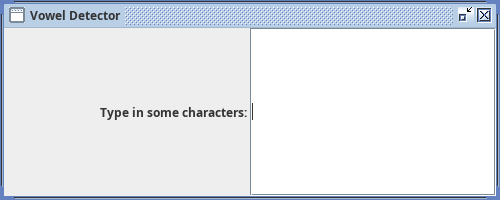
Repository: armandodollia/Java101
Program's window: java Lab5/src/isVowel.java
An editor plug-in stored every save of this project. The program's window is shown before and after a run of saves, followed by the edit.
It runs on Java 21 on a 1366 x 768 screen with the Metal look.

Above is the program's window before, as saved 2014-10-01 17:11:56.

After the next 2 saves:
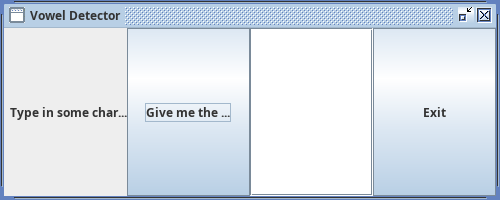
The 2 saves are shown as one change because 1 did not build or start.
The last was saved 45 min 12 s later.
--- a/Lab5/src/isVowel.java
+++ b/Lab5/src/isVowel.java
@@ -1,6 +1,7 @@
 import java.awt.Container;
 import java.awt.GridLayout;
 
+import javax.swing.JButton;
 import javax.swing.JFrame;
 import javax.swing.JLabel;
 import javax.swing.JTextField;
@@ -10,19 +11,23 @@
 public class isVowel extends JFrame{
 	private JLabel character;
 	private JTextField charInput;
+	private JButton finder, exit;
 	private static final int width = 500;
 	private static final int height = 200;
 
 	public isVowel(){
 		setTitle("Vowel Detector");
-		character = new JLabel("Type in some characters: ", SwingConstants.RIGHT);
-
 		Container pane = getContentPane();
 		pane.setLayout(new GridLayout(1, 2));
+		character = new JLabel("Type in some characters: ", SwingConstants.RIGHT);
 		charInput = new JTextField(10);
+		finder = new JButton("Give me the Vowels!");
+		exit = new JButton("Exit");
 
 		pane.add(character);
+		pane.add(finder);
 		pane.add(charInput);
+		pane.add(exit);
 
 		setSize(width,height);
 		setVisible(true);
